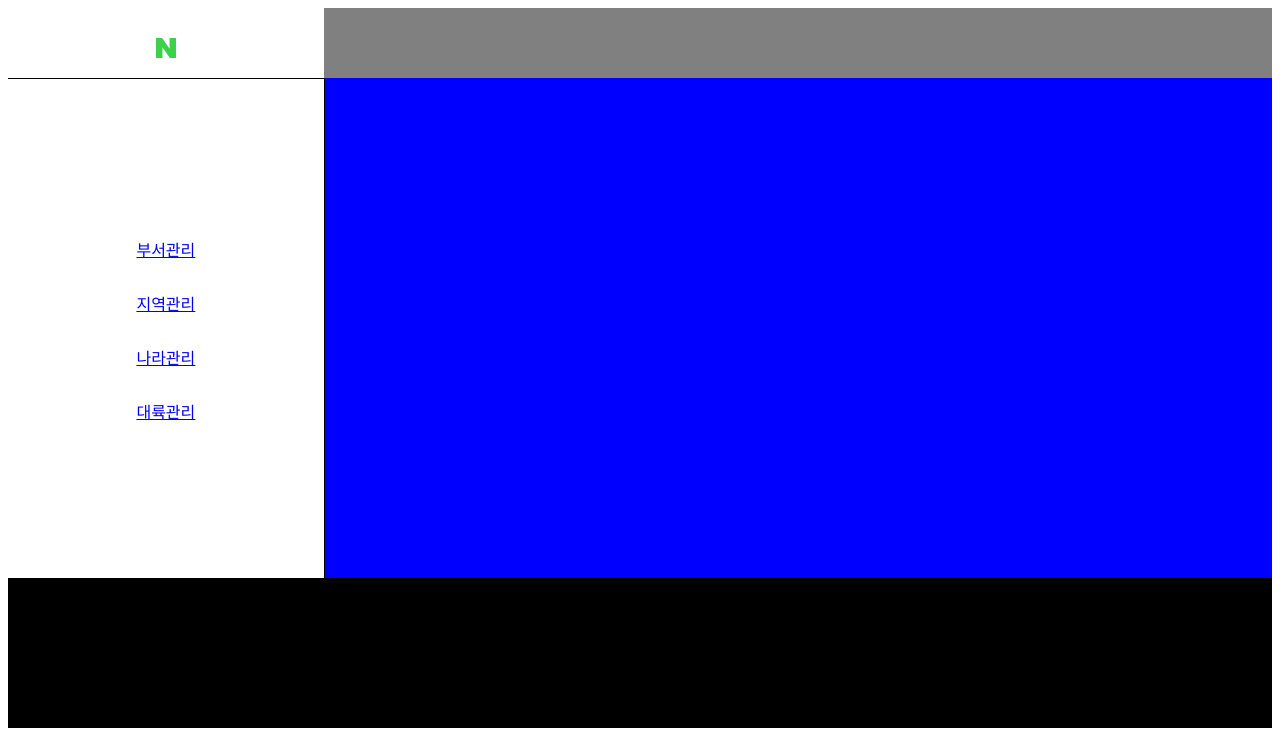
Repository: mireu930/Serverlet_App
Page: src/build/classes/webapp/template/layout.html
These files come from the project's save history. The page is drawn as it stood at one moment and after the next save; the edit follows.
The browser window is 1280 px wide. The pictures show the whole page.

Above is the page before, as saved 2025-02-07 12:12:29.

### src/build/classes/webapp/template/layout.html
<!DOCTYPE html>
<html lang="en">
<head>
  <meta charset="UTF-8">
  <meta name="viewport" content="width=device-width, initial-scale=1.0">
  <title>Document</title>
  <style>
    header {
  width: 100%;
  height: 70px;
  /* background-color: gray; */
}

.wrap_left{
  display: flex;
}

.left {
  width: 25%;
  height: 100%;

}

.right {
  width: 75%;
  height: 100%;
}

.logo {
  /* background-color:aqua; */
  box-sizing: border-box;
  /* padding: 20px 60px; */
}

.logo img {
  display: block;
  margin: 30px auto;
}

.menu {
  background-color:gray;

}

.content {
  width: 100%;
  height: 500px;
  /* background-color: red; */
}

.content_left {
  /* background-color:yellow; */
  /* padding: auto 0; */
  border-top: 1px solid black;
  border-right: 1px solid black;
}

.content_left ul {
  list-style: none;
  margin: 50% 0;
  padding: 0;
}

.content_left ul li {
  margin: 30px 0;
  display: block;
  text-align: center;
}

.content_right {
  background-color:blue;
}

footer {
  width: 100%;
  height: 150px;
  background-color: black;
}
  </style>
</head>
<body>
  <header class = "wrap_left">
    <div class = "left logo" >
      <img src = "/naver_sports/images/네이버.svg">
    </div>
    <div class = "right menu">

    </div>
  </header>
  <section class = "wrap_left content">
    <nav class = "left content_left">
      <ul>
        <li><a href="#">부서관리</a></li>
        <li><a href="#">지역관리</a></li>
        <li><a href="#">나라관리</a></li>
        <li><a href="#">대륙관리</a></li>
      </ul>
    </nav>
    <div class = " right content_right">

    </div>
  </section>
  <footer class = "wrap_left">
    <div class = "left footer_left">

    </div>
    <div class = "right footer_right">

    </div>
  </footer>

</body>
</html>

After the next save:
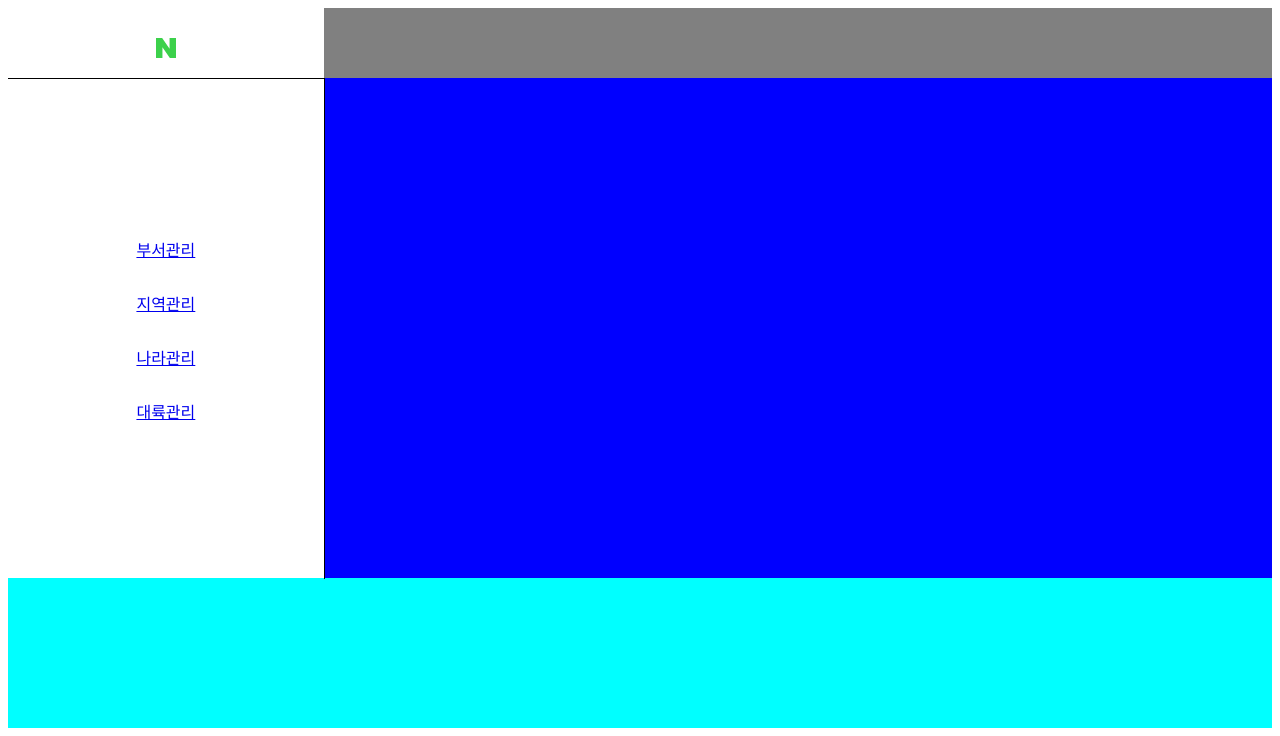
Saved 59 s later.
--- a/src/build/classes/webapp/template/layout.html
+++ b/src/build/classes/webapp/template/layout.html
@@ -74,7 +74,7 @@
 footer {
   width: 100%;
   height: 150px;
-  background-color: black;
+  background-color: aqua;
 }
   </style>
 </head>
